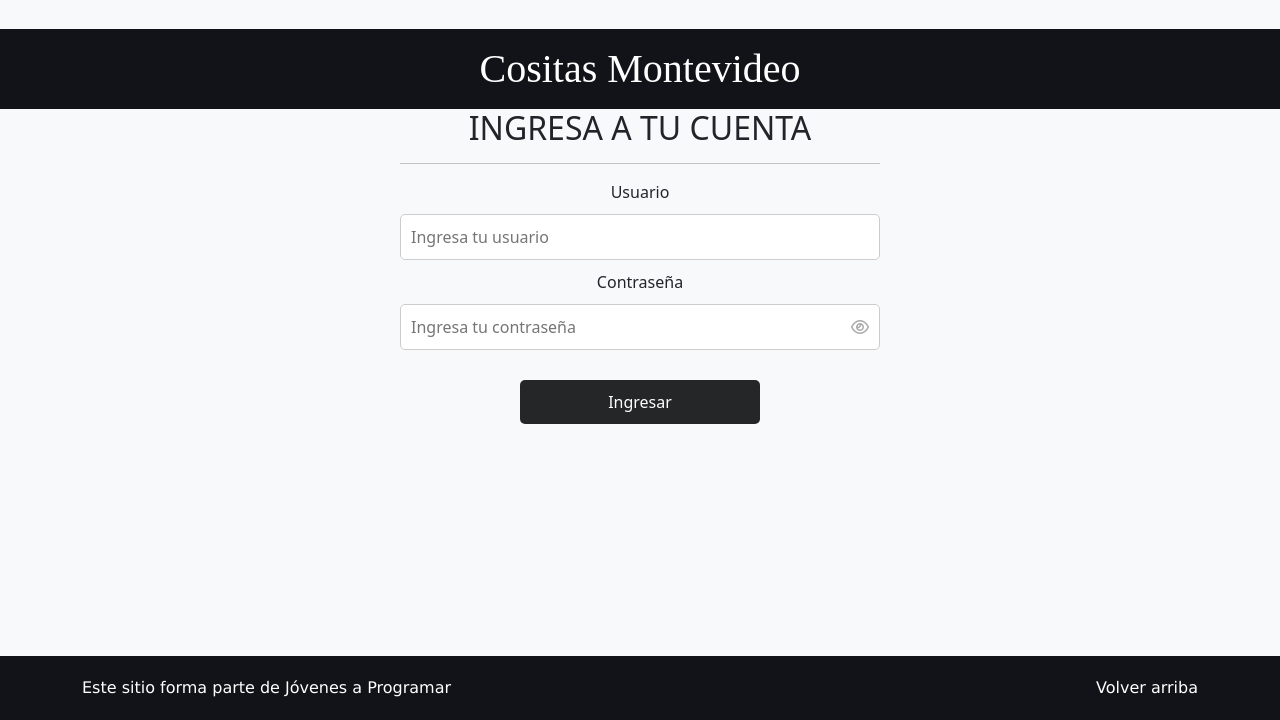
Repository: naticab/proyecto-dw
Page: login.html
The author's editor kept a copy of each file at every save. The page is drawn from the files as they stood at one save, then again after the next save.
The browser window is 1280 px wide. The pictures show the whole page.
Some web fonts or font styles are not loaded; a fallback is used.

Above is the page before, as saved 2024-09-15 14:36:46.

After the next save:
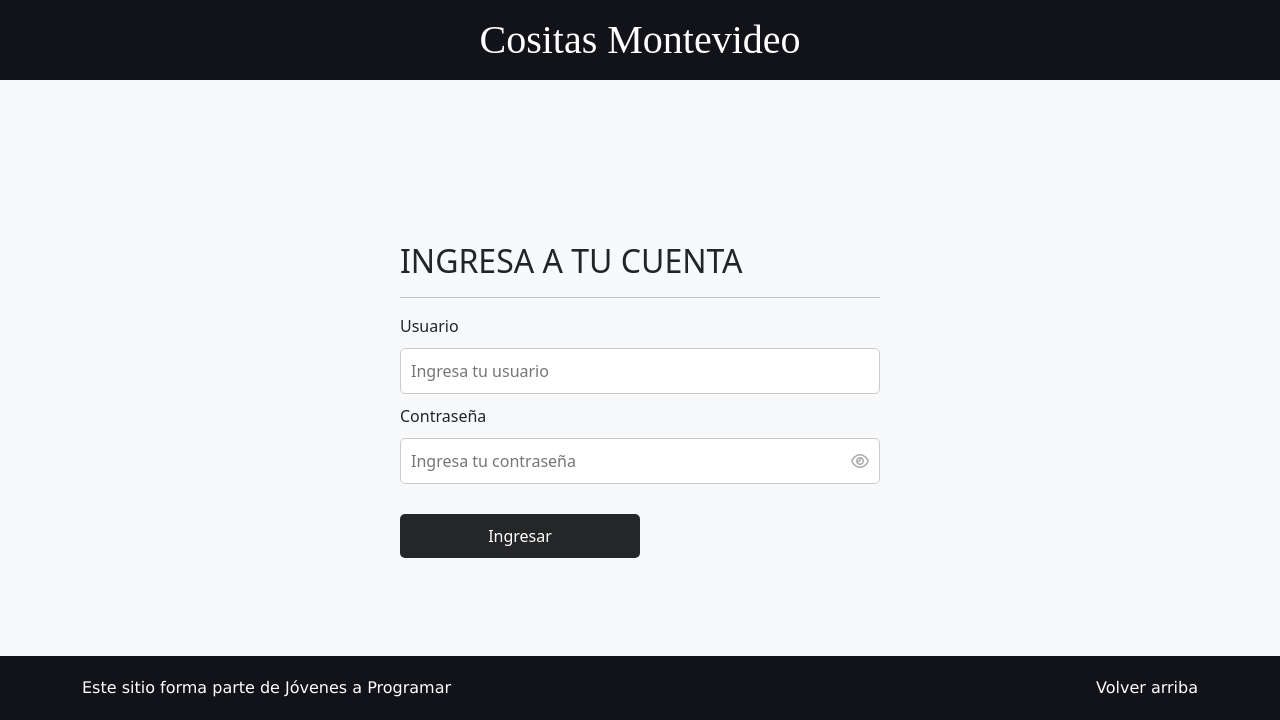
Saved 59 s later.
--- a/css/login.css
+++ b/css/login.css
@@ -1,14 +1,20 @@
 body {
     display: flex;
     flex-direction: column;
-    justify-content: center;
-    align-items: center;
-    height: 90vh;
-    background-color: #f8f9fa;
-    text-align: center;
+    height: 100vh; /* Asegura que el body ocupe toda la altura de la ventana */
     margin: 0;
     padding: 0;
 }
+
+main {
+    flex: 1; /* Permite que el main ocupe todo el espacio restante */
+    display: flex;
+    justify-content: center;
+    align-items: center;
+    background-color: #f8f9fa;
+    padding: 1rem; /* Añade padding si es necesario */
+}
+
 
 .login-container {
     width: 30em;
